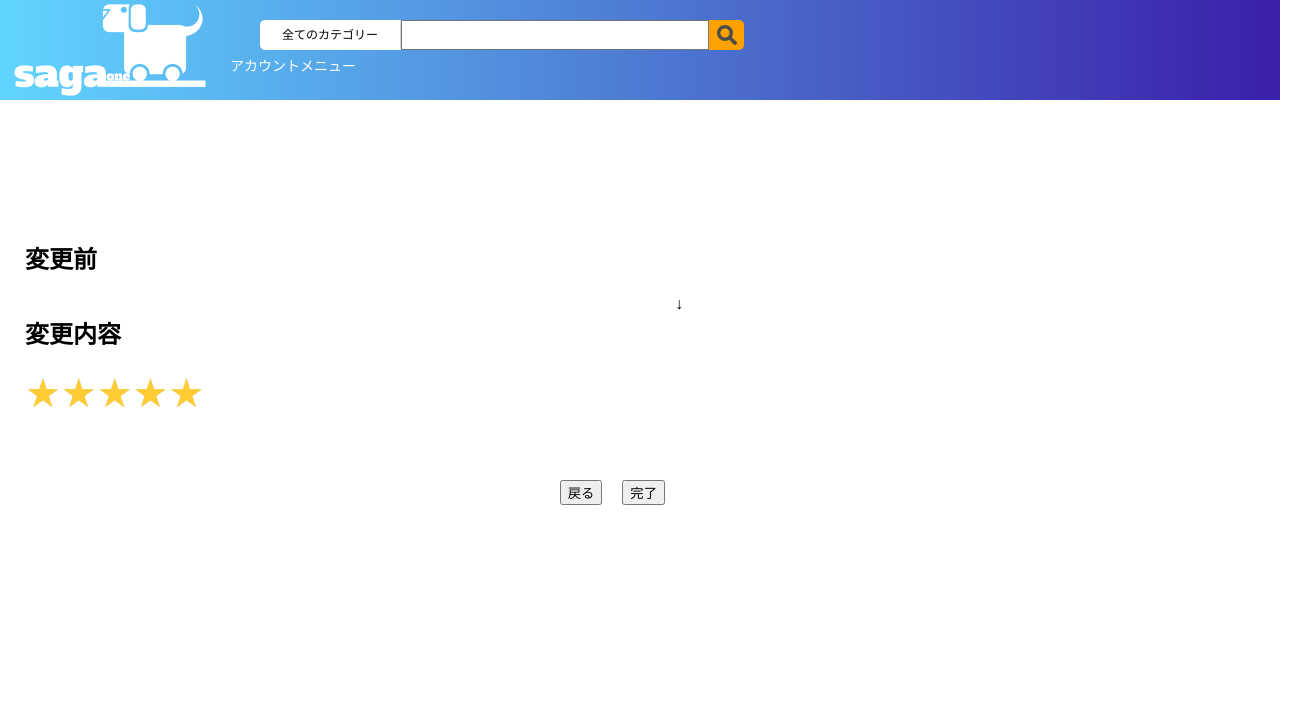
Repository: a4b3c2d1/backup
Page: http://localhost/sagaone-master/reviewChangeConfirm.jsp
An editor plug-in stored every save of this project. The page is shown before and after the next save, followed by the edit.
The browser window is 1280 px wide. The page is 1315 px wide, so the pictures cover 1315 px, including what lies to the right of the window. The pictures show the whole page.
The page is served by Tomcat 9. Other server files are loaded and not shown.

Above is the page before, as saved 2018-01-21 11:26:21.

### sagaone-master/WebContent/reviewChangeConfirm.jsp
<%@ page language="java" contentType="text/html; charset=UTF-8"
	pageEncoding="UTF-8"%>
<%@ taglib prefix="s" uri="/struts-tags"%>
<!DOCTYPE html PUBLIC "-//W3C//DTD HTML 4.01 Transitional//EN" "http://www.w3.org/TR/html4/loose.dtd">
<html>
<head>
<meta http-equiv="Content-Type" content="text/html; charset=UTF-8">
<meta http-equiv="Content-Style-Type" content="text/css" />
<link rel="stylesheet" type="text/css" href="./css/style.css">
<title>変更確認画面</title>
<style type="text/css">
#main {
	margin-top: 100px;
	margin-bottom: 60px;
	min-height: 100%;
	height: auto !important;
	height: 100%;
	position: relative;
}

.main1 {
	padding: 20px;
	width: 100%;
	height: 380px;
}

.review2 {
	float: left;
	width: 650px;
}

.rating {
	float:left;
	position: relative;
	width: 5em;
	height: 100px;
	font-size: 40px;
}

.rating-front {
	position: absolute;
	top: 0;
	left: 0;
	overflow: hidden;
	color: #ffcc33;
}

.rating-back {
	color: #ccc;
}

.botton1 {
	float: right;
	margin: 10px;
}

.text {
	border: solid;
	border-width: 1px;
	width: 600px;
	font-size: 25px;
	min-height: 200px;
	font-family: monospace;
	border-color: rgb(169, 169, 169);
}
</style>
</head>
<body>
	<header>

	<div id="main-logo">
		<img src="./css/sagaone_logo.png" height="100px">
	</div>

	<div id="search-form">

		<s:form action="SearchItemAction">
			<div id="search-box">
				<select name="itemCategory" id="category">
					<option value="0">全てのカテゴリー</option>
					<option value="1">本</option>
					<option value="2">家電・パソコン</option>
					<option value="3">おもちゃ・ゲーム</option>
				</select> <input type="text" name="searchWord" id="search" />
			</div>
			<div class="search-btn">
				<input type="image" src="./css/searchIcon.png" width="20"
					height="20" class="icon" />
			</div>
		</s:form>
	</div>

	<div id="header-container">

		<ul id="normal" class="dropmenu">

			<li><s:if test="session.loginUserId != null">
					<s:property value="#session.loginUserId" />でログイン中
					</s:if></li>

			<li>アカウントメニュー
				<ul>
					<s:if test="session.loginUserId != null">
						<li><s:form action="MyPageAction">
								<s:submit value="マイページ" cssClass="b-btn" />
							</s:form></li>
					</s:if>

					<s:if test="session == null">
						<li><s:form action="LoginPageAction">
								<s:submit value="ログイン画面へ" cssClass="b-btn" />
							</s:form></li>
					</s:if>

					<s:if test="session.loginUser == null">
						<li><s:form action="LoginPageAction">
								<s:submit value="ログイン画面へ" cssClass="b-btn" />
							</s:form></li>
					</s:if>

					<s:if test="session.loginUser != null">
						<li><s:form action="LogoutAction">
								<s:submit value="ログアウト" cssClass="b-btn" />
							</s:form></li>
					</s:if>

					<li><s:form action="UserCreateAction">
							<s:submit value="ユーザー登録" cssClass="b-btn" />
						</s:form></li>

					<li><s:form action="ItemAction">
							<s:hidden name="offset" value="0"></s:hidden>
							<s:submit value="商品一覧" cssClass="b-btn" />
						</s:form></li>

					<li><s:form action="CartAction">
							<s:hidden name="cartFlg" value="1"></s:hidden>
							<s:submit value="カート確認" cssClass="b-btn" />
						</s:form></li>

					<s:if test="session.loginUser != null">
						<li><s:form action="PaymentAction">
								<s:submit value="決済" cssClass="b-btn" />
							</s:form></li>
					</s:if>
				</ul>
			</li>
		</ul>
	</div>


	</header>
	<div id="main">
		<div class="main1">
			<h2>変更前</h2>
			<s:iterator value="#session.reviewDTOList">

				<div class="review1">
					<span > 書き込み日：<s:property
							value="update_date" />
					</span>
				</div>
				<div class="rating">
					<div class="rating-front"
						style="width:calc(<s:property value="value" />*20%)">★★★★★</div>
					<div class="rating-back">★★★★★</div>
				</div>
				<div class="review2">
					<div class="text">
						<s:property value="review" />
					</div>
				</div>
			</s:iterator>

			↓

			<div class="review2">
				<h2>変更内容</h2>
				<div class="rating">
					<div class="rating-front"
						style="width:calc(<s:property value="value" />*20%)">★★★★★</div>
					<div class="rating-back">★★★★★</div>
				</div>

				<div class="review2">
					<s:property value="session.review_change_review" />
				</div>



				<s:form action="ReviewChangeConpleteAction">
					<span class="botton1"> <s:submit value="完了">
						</s:submit></span>
				</s:form>

				<s:form action="ReviewEditAction">
					<td><input type="hidden" name="changeflg" value="1"></input></td>
					<span class="botton1"> <s:submit value="戻る">
						</s:submit></span>
				</s:form>
			</div>
		</div>
	</div>
</body>
</html>

### sagaone-master/WebContent/css/style.css
@CHARSET "UTF-8";

html {
	min-height: 100%;
	position: relative;
}
body{
	margin: 0;
	font-family: Ariel, sans-serif;
	margin-bottom: 45px;
}
.clearfix:after {
	content: "";
	clear: both;
	display: block;
}

header{
	height: 100px;
	background-image: linear-gradient(-90deg, #3A1FA8, #61D5FF);
	color: white;
}

input{
	outline: none;
}

#main-logo{
	float: left;
	height: 100px;
	padding-left: 10px;
}

#search-form{
	padding-top: 20px;
	min-width: 500px;
	height: 30px;
	margin-left: 260px;
	line-height: 20px;
}

#search-box{
	margin: 0;
	float:left;
	height: 30px;
}

#category{
	appearance: none;
	background: #fff;
	vertical-align: middle;
	color: black;
	box-sizing: content-box;
	border: 0;
	border-right: 1px solid #d7d7d7;
	border-radius: 5px 0 0 5px;
	margin: 0;
	float:left;
	height: 30px;
	width: 140px;
	font-size: 12px;
	text-align: center;
}

#search{
	margin: 0;
	float: left;
	height: 24px;
	width: 300px;
}

.search-btn{
	position: relative;
	margin: 0;
	float: left;
	height: 30px;
	width: 35px;
	background-color: #ffa200;
	box-sizing:border-box;
	border: none;
	border-radius: 0 5px 5px 0;
	color: black;
	box-shadow: none;
	outline: none;
	inline: none;
	text-align: center;
	line-height: 22px;
}
.search-btn input {
	padding-top: 5px;
}
.search-btn:hover{
	cursor: pointer;
	opacity: 0.9;
}

#header-container{
	min-width: 600px;
	width: 65%;
	height: 50px;
	margin-top: 0px;
	margin-left: 230px;
}
#itemmenu, #acountmenu {
  float: left;
  position: relative;
  width: 180px;
  height: 30px;
  margin: 0;
  padding-top: 15px;
  text-align: center;
}

#welcome{
	float: right;
	width: 180px;
	height: 30px;
	padding-top: 15px;
}

.dropmenu{
float: left;
  *zoom: 1;
  list-style-type: none;
  width: 100%;
  height:45px;
  margin: 5px auto 0;
  padding: 0;
  font-size: 14px;
}
.dropmenu:before, .dropmenu:after{
  content: "";
  display: table;
}
.dropmenu:after{
  clear: both;
}

.drop-topic {
	display: inherit;
	height: 100%;
	text-align: center;
}
.b-btn, .c-btn{
  display: block;
  margin: 0;
  padding: 15px 0 11px;
  width: 100%;
  background: #fff;
  box-shadow: 3px 3px 10px #cccccc;
  color: black;
  font-size: 14px;
  line-height: 1;
  text-decoration: none;
  text-align: center;
  border: transparent 1px solid ;
  transition: 0.2s;
}
.item-drop, .acount-drop {
  display: none;
  list-style: none;
  position: absolute;
  z-index: 9999;
  top: 100%;
  width: 180px;
  margin: 0;
  padding: 0;
    border: 1px solid #aaa;
    transition: opacity 0.2s linear;
}

.item-drop li{
  width: 100%;
}
.acount-drop li {
	width: 100%;
}
.dropmenu li:hover ul{
  display: block;
}

.dropmenu li ul li{
  overflow: hidden;
  height: 0;
  transition: .2s;
}

.dropmenu li:hover ul li{
  overflow: visible;
  height: 38px;
}
.b-btn{
  padding: 13px 15px;
  background: #fff;
  text-align: center;
}
.acount-drop:hover > .b-btn{
  background: #59c5ff;
  transition: .2s;
}
.b-btn:hover{
  	letter-spacing: 3px;
	background-color: #59c5ff;
	color: #fff;
}

.c-btn{
  padding: 13px 15px;
  background: #fff;
  text-align: center;
}
.item-drop:hover > .c-btn{
  background: #00d977;
  transition: .2s;
}
.c-btn:hover{
  	letter-spacing: 3px;
	background-color: #00d977;
	color: #fff;
}

.item-drop {
  display: none;
}



#main{
	margin: 50px 5px 60px ;
}

footer{
	clear: both;
	position: absolute;
	bottom: 0;
	width: 100%;
	height: 45px;
	line-height: 50px;
	text-align: center;
	background-image: linear-gradient(-90deg, #3A1FA8, #61D5FF);
	color: white;
}

After the next save:
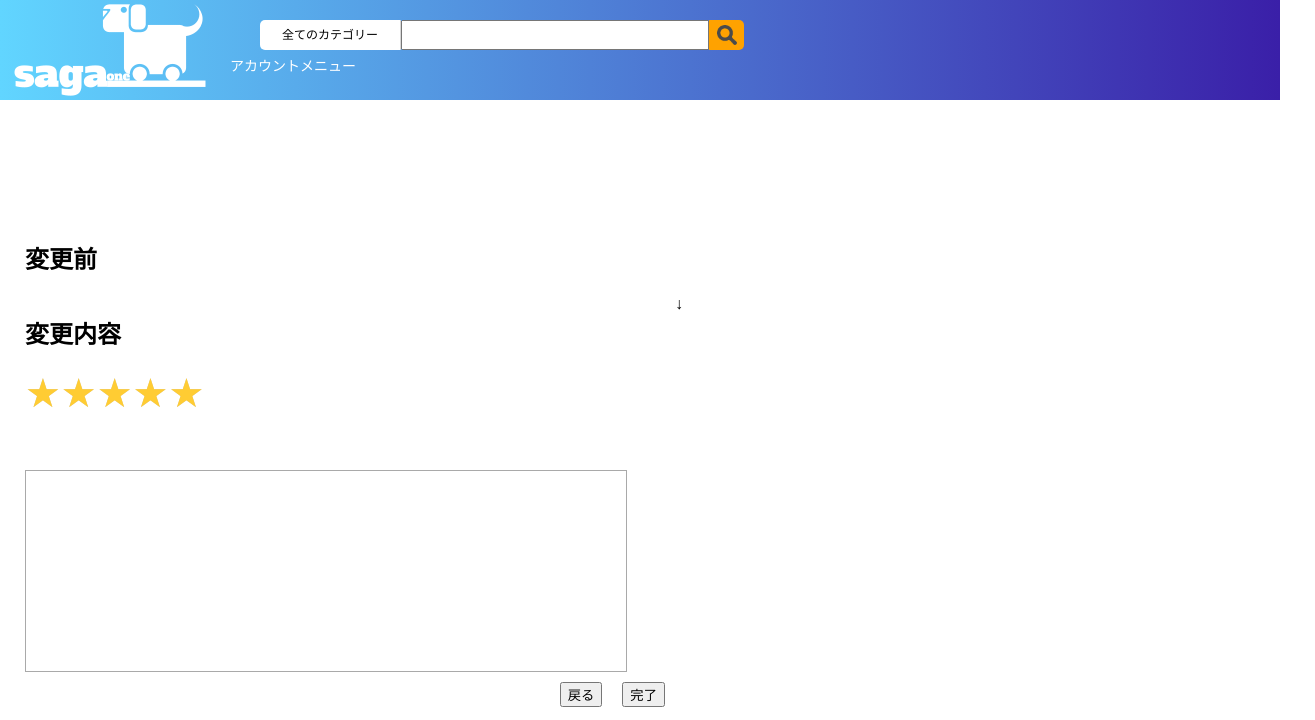
Saved 49 s later.
--- a/sagaone-master/WebContent/reviewChangeConfirm.jsp
+++ b/sagaone-master/WebContent/reviewChangeConfirm.jsp
@@ -30,11 +30,11 @@
 }
 
 .rating {
-	float:left;
-	position: relative;
+	float: left; position : relative;
 	width: 5em;
 	height: 100px;
 	font-size: 40px;
+	position: relative;
 }
 
 .rating-front {
@@ -156,8 +156,7 @@
 			<s:iterator value="#session.reviewDTOList">
 
 				<div class="review1">
-					<span > 書き込み日：<s:property
-							value="update_date" />
+					<span> 書き込み日：<s:property value="update_date" />
 					</span>
 				</div>
 				<div class="rating">
@@ -183,7 +182,9 @@
 				</div>
 
 				<div class="review2">
-					<s:property value="session.review_change_review" />
+					<div class="text">
+						<s:property value="session.review_change_review" />
+					</div>
 				</div>
 
 
